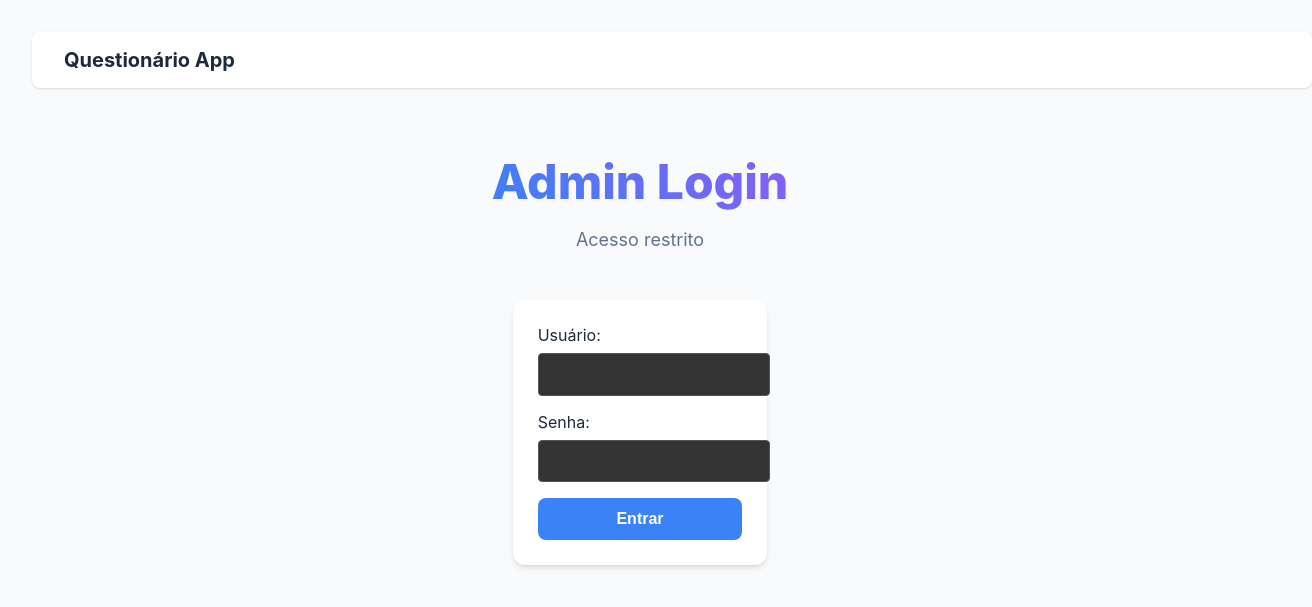
Repository: marcelomirandasilva/questionario
Page: /login (app in frontend/)
An editor plug-in stored every save of this project. The page is shown before and after the next save, followed by the edit.
The browser window is 1280 px wide. The page is 1312 px wide, then 1280 px, so the pictures cover 1312 px, including what lies to the right of the window. The pictures show the whole page.
The project was rebuilt for these pictures with package versions that can differ from the ones it lists, and the page was loaded fresh each time. Also part of the build but not shown: frontend/vite.config.js, frontend/src/pages/Home.jsx, frontend/src/pages/Responder.jsx, frontend/src/pages/Admin.jsx.

Above is the page before, as saved 2026-01-07 09:52:46.

### frontend/src/index.css
:root {
  --font-family: 'Inter', system-ui, Avenir, Helvetica, Arial, sans-serif;
  --line-height: 1.5;
  --font-weight: 400;

  /* Palette Premium */
  --color-bg-body: #f8fafc;
  --color-bg-card: #ffffff;
  --color-text-primary: #1e293b;
  --color-text-secondary: #64748b;
  --color-primary: #3b82f6;
  --color-primary-hover: #2563eb;
  --color-danger: #ef4444;
  --color-success: #22c55e;

  --shadow-sm: 0 1px 3px 0 rgb(0 0 0 / 0.1), 0 1px 2px -1px rgb(0 0 0 / 0.1);
  --shadow-md: 0 4px 6px -1px rgb(0 0 0 / 0.1), 0 2px 4px -2px rgb(0 0 0 / 0.1);
  --shadow-lg: 0 10px 15px -3px rgb(0 0 0 / 0.1), 0 4px 6px -4px rgb(0 0 0 / 0.1);

  --radius-md: 0.5rem;
  --radius-lg: 0.75rem;

  color-scheme: light dark;
  background-color: var(--color-bg-body);
  color: var(--color-text-primary);

  font-synthesis: none;
  text-rendering: optimizeLegibility;
  -webkit-font-smoothing: antialiased;
  -moz-osx-font-smoothing: grayscale;
}

body {
  margin: 0;
  display: flex;
  place-items: start center;
  min-width: 320px;
  min-height: 100vh;
  font-family: var(--font-family);
}

#root {
  width: 100%;
  max-width: 1280px;
  margin: 0 auto;
  padding: 2rem;
  text-align: center;
}

.container {
  display: flex;
  flex-direction: column;
  gap: 2rem;
  align-items: center;
}

.navbar {
  width: 100%;
  padding: 1rem 2rem;
  background: var(--color-bg-card);
  box-shadow: var(--shadow-sm);
  border-radius: var(--radius-md);
  margin-bottom: 2rem;
  font-weight: bold;
  font-size: 1.25rem;
  display: flex;
  justify-content: space-between;
}

.hero {
  text-align: center;
}

.hero h1 {
  font-size: 3rem;
  font-weight: 800;
  background: -webkit-linear-gradient(45deg, var(--color-primary), #8b5cf6);
  -webkit-background-clip: text;
  -webkit-text-fill-color: transparent;
  margin-bottom: 0.5rem;
}

.hero p {
  color: var(--color-text-secondary);
  font-size: 1.125rem;
}

.btn-primary {
  background-color: var(--color-primary);
  color: white;
  border: none;
  padding: 0.75rem 1.5rem;
  border-radius: var(--radius-md);
  font-weight: 600;
  cursor: pointer;
  transition: all 0.2s;
  font-size: 1rem;
}

.btn-primary:hover {
  background-color: var(--color-primary-hover);
  transform: translateY(-1px);
  box-shadow: var(--shadow-md);
}

.questionario-list {
  display: grid;
  grid-template-columns: repeat(auto-fill, minmax(300px, 1fr));
  gap: 1.5rem;
  width: 100%;
}

.card {
  background: var(--color-bg-card);
  padding: 1.5rem;
  border-radius: var(--radius-lg);
  box-shadow: var(--shadow-md);
  text-align: left;
  transition: all 0.3s ease;
  border: 1px solid transparent;
}

.card:hover {
  transform: translateY(-4px);
  box-shadow: var(--shadow-lg);
  border-color: rgba(59, 130, 246, 0.2);
}

.card h3 {
  margin-top: 0;
  color: var(--color-text-primary);
}

.card p {
  color: var(--color-text-secondary);
  line-height: 1.6;
}

.link {
  display: inline-block;
  margin-top: 1rem;
  color: var(--color-primary);
  text-decoration: none;
  font-weight: 600;
}

.link:hover {
  text-decoration: underline;
}

.empty-state {
  grid-column: 1 / -1;
  text-align: center;
  padding: 3rem;
  background: var(--color-bg-card);
  border-radius: var(--radius-lg);
  color: var(--color-text-secondary);
  border: 2px dashed rgb(226, 232, 240);
}

### frontend/src/App.jsx
import { BrowserRouter as Router, Routes, Route, Navigate } from 'react-router-dom';
import Home from './pages/Home';
import Responder from './pages/Responder';
import Admin from './pages/Admin';
import Login from './pages/Login';
import './index.css';

function App() {
  return (
    <Router>
      <div className="app-layout">
        <nav className="navbar">
          <div className="logo">Questionário App</div>
        </nav>
        <Routes>
          <Route path="/" element={<Home />} />
          <Route path="/login" element={<Login />} />
          <Route path="/admin" element={<Admin />} />
          {/* Rota temporária para testes diretos */}
          <Route path="/responder/:id" element={<Responder mode="public" />} />
          {/* Nova rota oficial via Token */}
          <Route path="/convite/:token" element={<Responder mode="token" />} />
        </Routes>
      </div>
    </Router>
  );
}

export default App;

### frontend/src/pages/Login.jsx
import { useState } from 'react';
import { useNavigate } from 'react-router-dom';
import api from '../services/api';

function Login() {
  const navigate = useNavigate();
  const [username, setUsername] = useState('');
  const [password, setPassword] = useState('');
  const [error, setError] = useState(null);

  const handleLogin = async (e) => {
    e.preventDefault();
    try {
      const res = await api.post('/auth/login', { username, password });

      // Salvar sessão (simples)
      localStorage.setItem('user', JSON.stringify(res.data.user)); // ou token se tivesse
      localStorage.setItem('isLoggedIn', 'true');

      navigate('/admin');
    } catch (err) {
      setError("Usuário ou senha inválidos");
      console.error(err);
    }
  };

  return (
    <div className="container">
      <header className="hero">
        <h1>Admin Login</h1>
        <p>Acesso restrito</p>
      </header>

      <div className="card" style={{maxWidth: '400px', margin: '0 auto', textAlign: 'left'}}>
        <form onSubmit={handleLogin}>
          <div style={{marginBottom: '1rem'}}>
            <label style={{display: 'block', marginBottom: '0.5rem'}}>Usuário:</label>
            <input
              type="text"
              value={username}
              onChange={e => setUsername(e.target.value)}
              style={{width: '100%', padding: '0.8rem', borderRadius: '4px', background: '#333', color: '#fff', border: '1px solid #555'}}
            />
          </div>
          <div style={{marginBottom: '1rem'}}>
             <label style={{display: 'block', marginBottom: '0.5rem'}}>Senha:</label>
             <input
               type="password"
               value={password}
               onChange={e => setPassword(e.target.value)}
               style={{width: '100%', padding: '0.8rem', borderRadius: '4px', background: '#333', color: '#fff', border: '1px solid #555'}}
             />
          </div>
          {error && <p style={{color: '#ff6b6b', marginBottom: '1rem'}}>{error}</p>}
          <button type="submit" className="btn-primary" style={{width: '100%'}}>Entrar</button>
        </form>
      </div>
    </div>
  );
}

export default Login;

### frontend/src/services/api.js
import axios from 'axios';

const api = axios.create({
    baseURL: '/api', // O proxy do Vite redirecionará isso para http://localhost:8080
    headers: {
        'Content-Type': 'application/json',
    },
});

export default api;

Loaded but not shown: frontend/index.html (common file); frontend/src/main.jsx (common file)

After the next save:
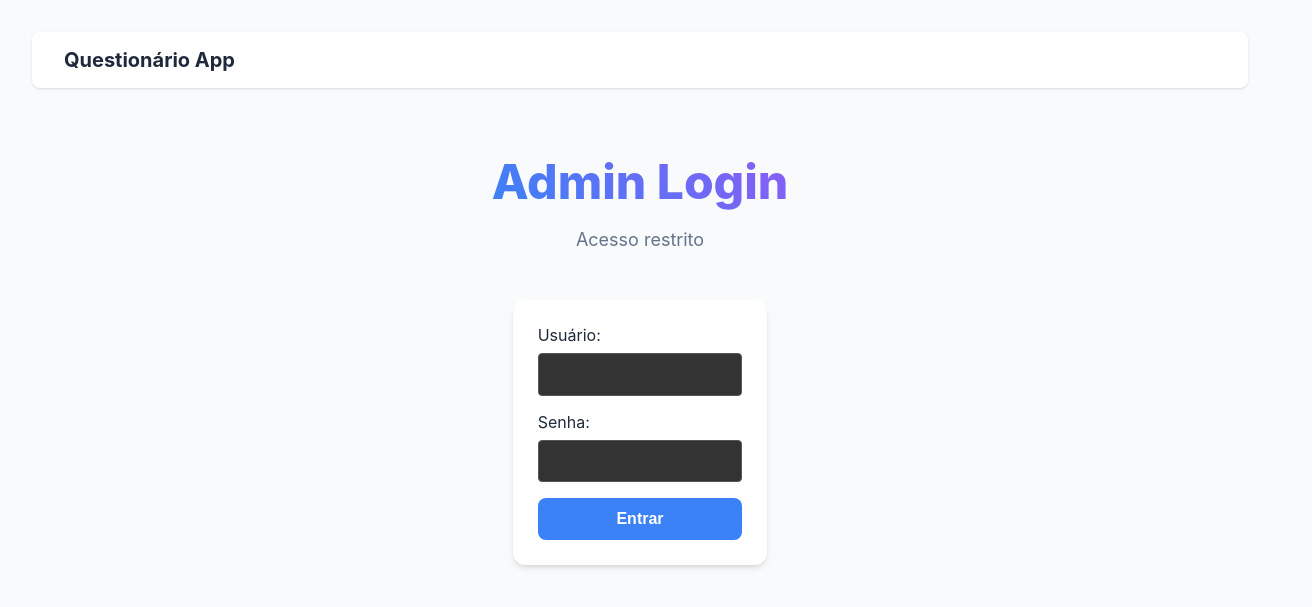
Saved 9 min 22 s later.
--- a/frontend/src/index.css
+++ b/frontend/src/index.css
@@ -28,6 +28,10 @@
   text-rendering: optimizeLegibility;
   -webkit-font-smoothing: antialiased;
   -moz-osx-font-smoothing: grayscale;
+}
+
+*, *::before, *::after {
+  box-sizing: border-box;
 }
 
 body {
